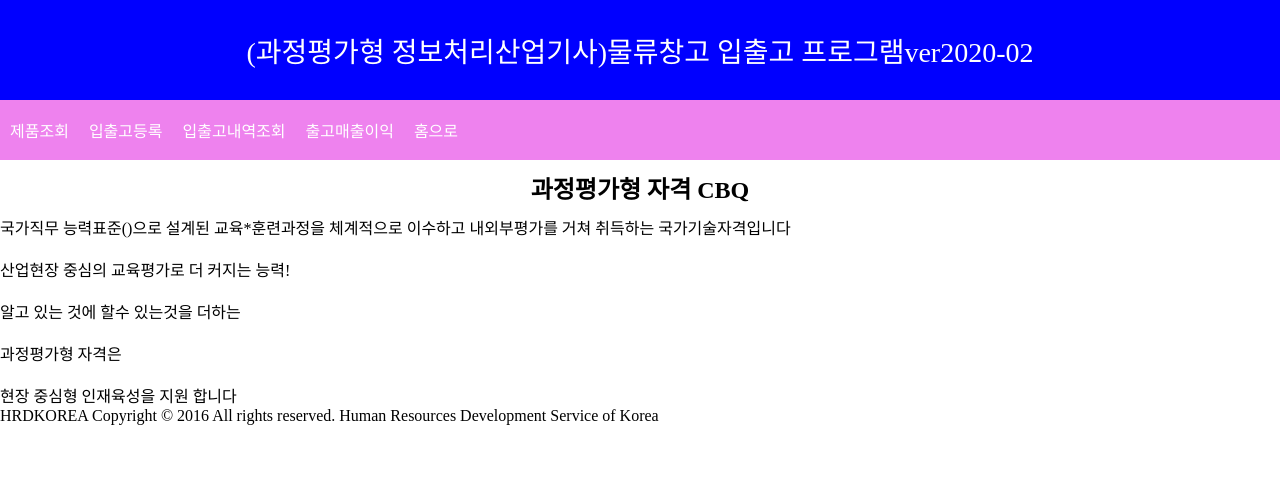
Repository: anakyn01/2_two
Page: http://localhost/cbq_1/
These files come from the project's save history. The page is drawn as it stood at one moment and after the next save; the edit follows.
The browser window is 1280 px wide. The pictures show the whole page.
The page is served by Tomcat 9.

Above is the page before, as saved 2024-12-11 06:03:08.

After the next save:
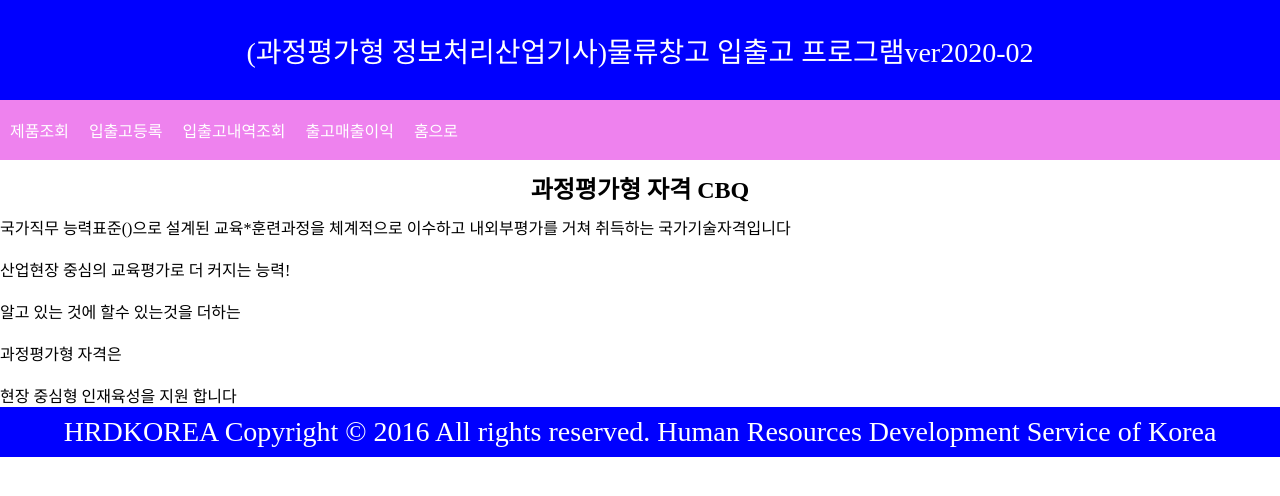
Saved 87 s later.
--- a/exam/cbq_1/src/main/webapp/css/style.css
+++ b/exam/cbq_1/src/main/webapp/css/style.css
@@ -26,3 +26,9 @@ table, tr, td, th {
 border-collapse:separate;
 margin:0 auto;
 }
+
+footer{
+width:100%; background-color:blue;
+height:50px; color:white; font-size:28px;
+display:flex; justify-content:center; align-items:center;
+}
